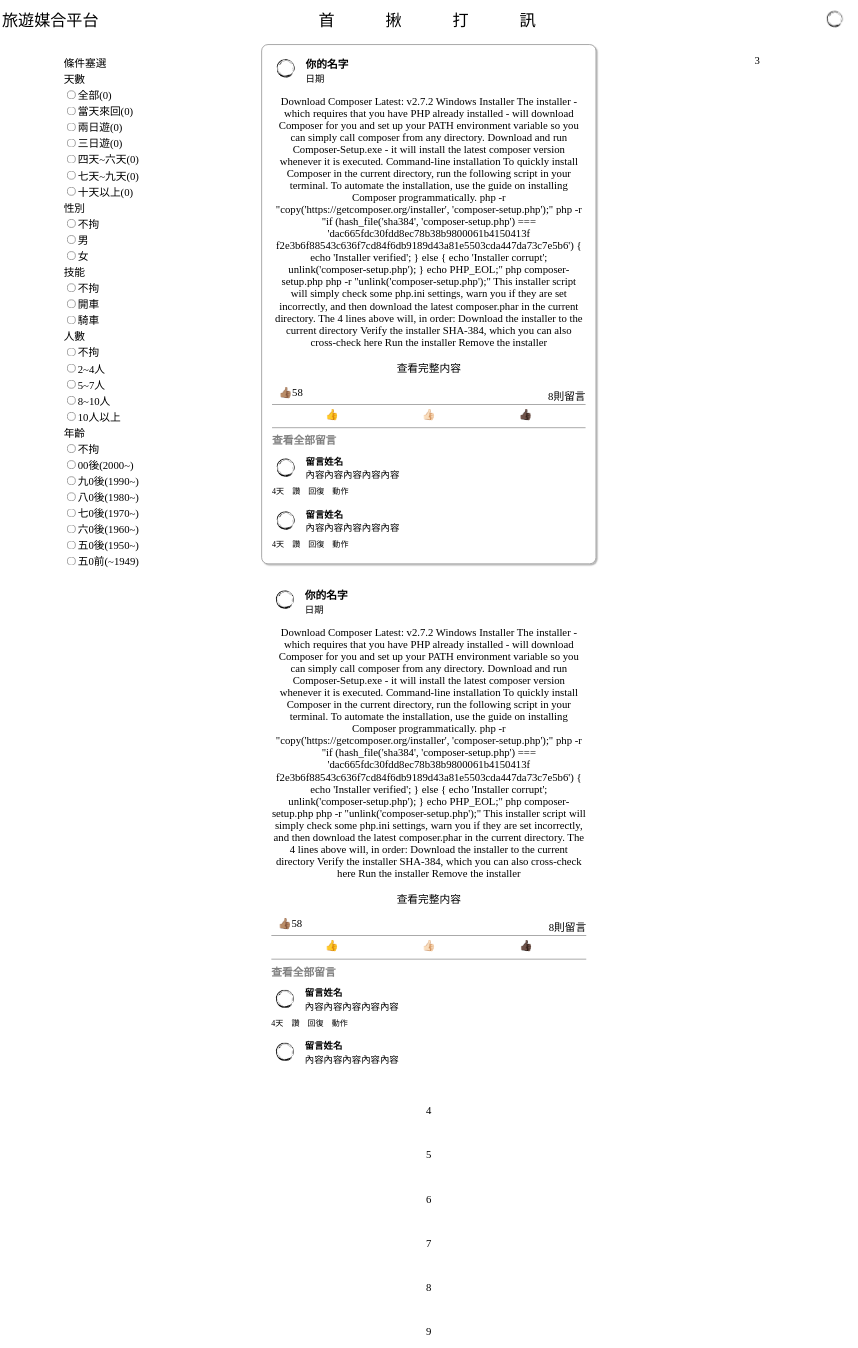
Repository: yuchiyang123/index_view
Page: http://localhost/
An editor plug-in stored every save of this project. The page is shown before and after the next save, followed by the edit.
The browser window is 1280 px wide. The pictures show the whole page, at 67% of full size.
The page is run by PHP 8.4 with error messages shown; the project is at /var/www/html/.

Above is the page before, as saved 2024-03-27 22:20:07.

After the next save:
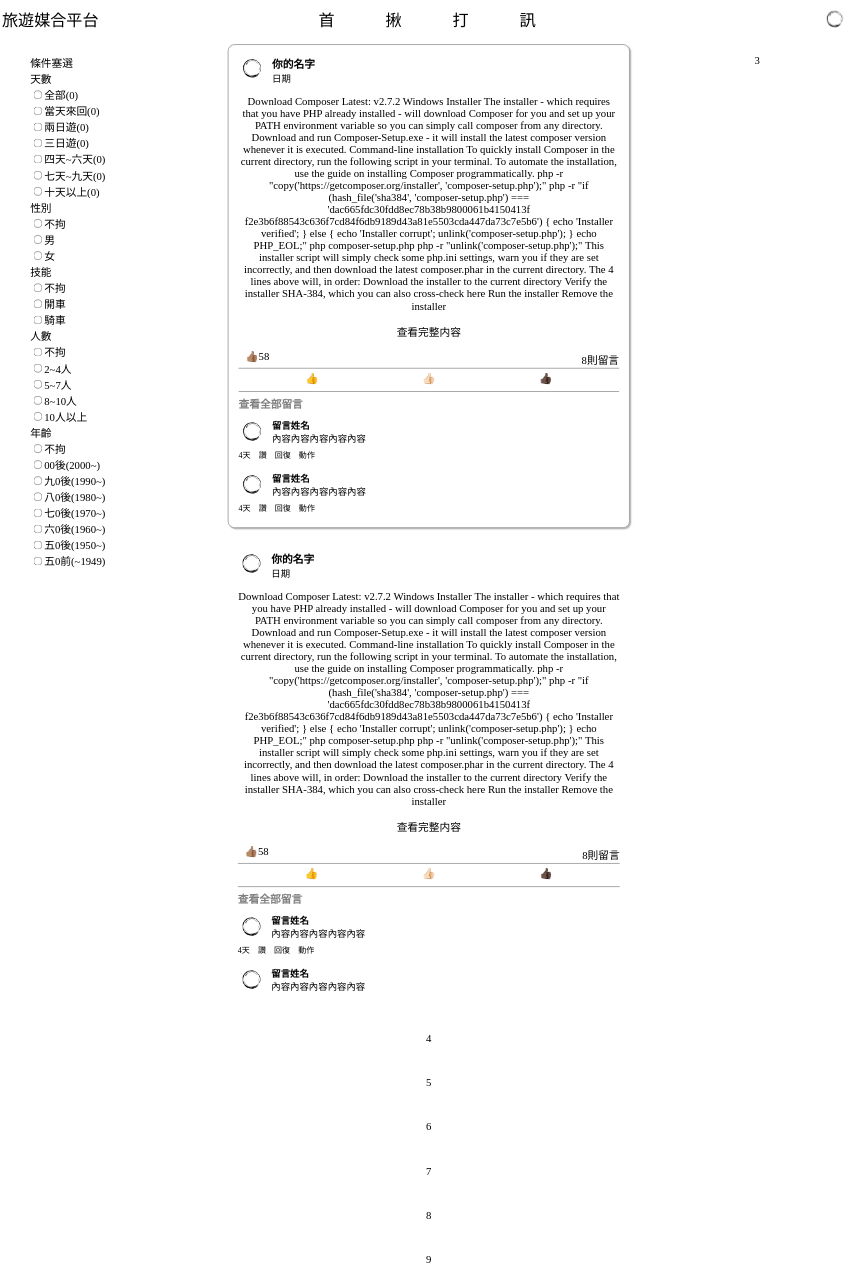
Saved 97 s later.
--- a/index.php
+++ b/index.php
@@ -10,7 +10,7 @@ body {
 .grid-container {
 
   display: grid;
-  grid-template-columns: auto 300px 500px auto 300px ;
+  grid-template-columns: auto 300px 600px auto 300px ;
   grid-template-rows:auto;
   grid-gap: 10px;
   grid-template-areas:
